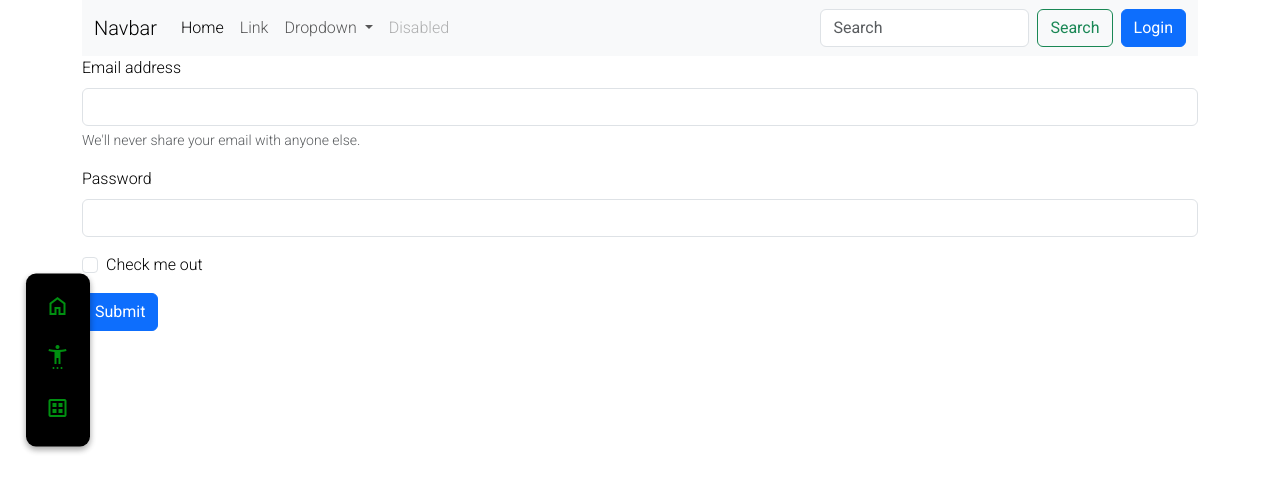
Repository: tuankiet10920/homeworkFEF
Page: /about
The author's editor kept a copy of each file at every save. The page is drawn from the files as they stood at one save, then again after the next save.
The browser window is 1280 px wide. The pictures show the whole page.
The project was rebuilt for these pictures with package versions that can differ from the ones it lists, and the page was loaded fresh each time. Also part of the build but not shown: vite.config.js, src/views/HomeView.vue. Imported but missing from the stored project, and not drawn on this page: src/assets/audio/intro.mp3.

Above is the page before, as saved 2024-11-10 17:52:28.

### index.html
<!doctype html>
<html lang="en">
  <head>
    <meta charset="UTF-8" />
    <link rel="icon" href="/favicon.ico" />
    <meta name="viewport" content="width=device-width, initial-scale=1.0" />
    <link
      href="https://cdn.jsdelivr.net/npm/bootstrap@5.3.3/dist/css/bootstrap.min.css"
      rel="stylesheet"
      integrity="sha384-QWTKZyjpPEjISv5WaRU9OFeRpok6YctnYmDr5pNlyT2bRjXh0JMhjY6hW+ALEwIH"
      crossorigin="anonymous"
    />
    <link
      rel="stylesheet"
      href="https://fonts.googleapis.com/css2?family=Material+Symbols+Outlined:opsz,wght,FILL,GRAD@20..48,100..700,0..1,-50..200"
    />
    <link rel="preconnect" href="https://fonts.googleapis.com" />
    <link rel="preconnect" href="https://fonts.gstatic.com" crossorigin />
    <link
      href="https://fonts.googleapis.com/css2?family=Roboto:ital,wght@0,100;0,300;0,400;0,500;0,700;0,900;1,100;1,300;1,400;1,500;1,700;1,900&display=swap"
      rel="stylesheet"
    />
    <title>Vite App</title>
    <link rel="stylesheet" href="./src/assets/css/main.css" />
  </head>
  <body>
    <div id="app"></div>
    <script
      src="https://cdn.jsdelivr.net/npm/bootstrap@5.3.3/dist/js/bootstrap.bundle.min.js"
      integrity="sha384-YvpcrYf0tY3lHB60NNkmXc5s9fDVZLESaAA55NDzOxhy9GkcIdslK1eN7N6jIeHz"
      crossorigin="anonymous"
    ></script>
    <script type="module" src="/src/main.js"></script>
  </body>
</html>

### src/assets/css/main.css
* {
  margin: 0;
  padding: 0;
  box-sizing: border-box;
  text-decoration: none;
  color: #000;
  font-size: 16px;
  font-family: 'Roboto', sans-serif;
  font-weight: 300;
  font-style: normal;
}

### src/App.vue
<script setup>
import { RouterLink, RouterView } from 'vue-router'
import GetSrcImage from './assets/help/getSrcImage.js'
import Icon from './components/Icon.vue'
</script>

<template>
  <header>
    <div class="wrapper">
      <nav>
        <RouterLink to="/">
          <Icon iconName="home" />
        </RouterLink>

        <RouterLink to="/about">
          <Icon iconName="settings_accessibility" />
        </RouterLink>

        <RouterLink to="/labs">
          <Icon iconName="dataset" />
        </RouterLink>
      </nav>
    </div>
  </header>
  <RouterView />
</template>

<style scoped>
.wrapper nav a {
  margin-bottom: 20px;
  width: fit-content;
  text-decoration: none;
}
.wrapper nav a span {
  color: #009011;
}
.wrapper nav a:last-child {
  margin-bottom: 0;
}
nav {
  display: flex;
  flex-direction: column;
  justify-content: center;
  position: absolute;
  top: 50%;
  left: 2%;
  transform: translateY(-50%);
  padding: 20px;
  border-radius: 10px;
  background: #000;
  box-shadow:
    rgba(0, 0, 0, 0.16) 0px 3px 6px,
    rgba(0, 0, 0, 0.23) 0px 3px 6px;
}
</style>

### src/router/index.js
import { createRouter, createWebHistory } from 'vue-router'
import HomeView from '../views/HomeView.vue'

const router = createRouter({
  history: createWebHistory(import.meta.env.BASE_URL),
  routes: [
    {
      path: '/',
      name: 'home',
      component: HomeView,
    },
    {
      path: '/about',
      name: 'about',
      // route level code-splitting
      // this generates a separate chunk (About.[hash].js) for this route
      // which is lazy-loaded when the route is visited.
      component: () => import('../views/AboutView.vue'),
    },
    {
      path: '/labs',
      name: 'labs',
      component: () => import('../views/LabView.vue'),
    }
  ],
})

export default router

### src/assets/help/getSrcImage.js
const getSrcImage = (image) => {
    let __path = 'http://localhost:5173/src/assets/img/'
    return __path + image
}
export default getSrcImage

### src/components/Icon.vue
<script setup>
const props = defineProps(['iconName'])
</script>
<template>
  <span class="material-symbols-outlined"> {{ props.iconName }} </span>
</template>
<style scoped></style>

### src/views/AboutView.vue
<script setup>
import Bai5 from '../Labs/Lab3/Bai5.vue'
</script>
<template>
  <Bai5 />
</template>

<style></style>

### src/Labs/Lab3/Bai5.vue
<script setup></script>
<template>
  <div class="container">
    <nav class="navbar navbar-expand-lg bg-body-tertiary">
      <div class="container-fluid">
        <a class="navbar-brand" href="#">Navbar</a>
        <button
          class="navbar-toggler"
          type="button"
          data-bs-toggle="collapse"
          data-bs-target="#navbarSupportedContent"
          aria-controls="navbarSupportedContent"
          aria-expanded="false"
          aria-label="Toggle navigation"
        >
          <span class="navbar-toggler-icon"></span>
        </button>
        <div class="collapse navbar-collapse" id="navbarSupportedContent">
          <ul class="navbar-nav me-auto mb-2 mb-lg-0">
            <li class="nav-item">
              <a class="nav-link active" aria-current="page" href="#">Home</a>
            </li>
            <li class="nav-item">
              <a class="nav-link" href="#">Link</a>
            </li>
            <li class="nav-item dropdown">
              <a
                class="nav-link dropdown-toggle"
                href="#"
                role="button"
                data-bs-toggle="dropdown"
                aria-expanded="false"
              >
                Dropdown
              </a>
              <ul class="dropdown-menu">
                <li><a class="dropdown-item" href="#">Action</a></li>
                <li><a class="dropdown-item" href="#">Another action</a></li>
                <li><hr class="dropdown-divider" /></li>
                <li>
                  <a class="dropdown-item" href="#">Something else here</a>
                </li>
              </ul>
            </li>
            <li class="nav-item">
              <a class="nav-link disabled" aria-disabled="true">Disabled</a>
            </li>
          </ul>
          <form class="d-flex" role="search">
            <input
              class="form-control me-2"
              type="search"
              placeholder="Search"
              aria-label="Search"
            />
            <button class="btn btn-outline-success" type="submit">
              Search
            </button>
          </form>
          <div class="auth d-flex align-items-center ms-2" style="height: 100%">
            <button class="btn btn-primary text-white mb-0">Login</button>
            <div class="auth-success d-flex align-items-center d-none">
              <p class="text-warning mb-0">Name user</p>
              <button type="button" class="btn btn-danger">Logout</button>
            </div>
          </div>
        </div>
      </div>
    </nav>

    <form>
      <div class="mb-3">
        <label for="exampleInputEmail1" class="form-label">Email address</label>
        <input
          type="email"
          class="form-control"
          id="exampleInputEmail1"
          aria-describedby="emailHelp"
        />
        <div id="emailHelp" class="form-text">
          We'll never share your email with anyone else.
        </div>
      </div>
      <div class="mb-3">
        <label for="exampleInputPassword1" class="form-label">Password</label>
        <input
          type="password"
          class="form-control"
          id="exampleInputPassword1"
        />
      </div>
      <div class="mb-3 form-check">
        <input type="checkbox" class="form-check-input" id="exampleCheck1" />
        <label class="form-check-label" for="exampleCheck1">Check me out</label>
      </div>
      <button type="submit" class="btn btn-primary">Submit</button>
    </form>
  </div>
</template>
<style scoped></style>

Loaded but not shown: src/main.js (common file)

After the next save:
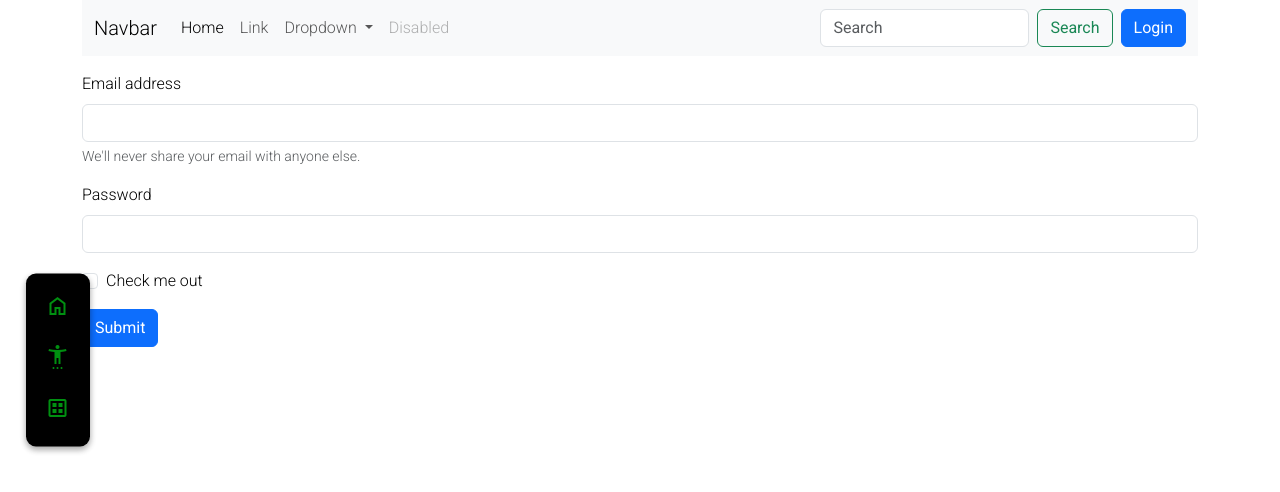
Saved 6 s later.
--- a/src/Labs/Lab3/Bai5.vue
+++ b/src/Labs/Lab3/Bai5.vue
@@ -68,7 +68,7 @@
       </div>
     </nav>
 
-    <form>
+    <form class="mt-3">
       <div class="mb-3">
         <label for="exampleInputEmail1" class="form-label">Email address</label>
         <input
